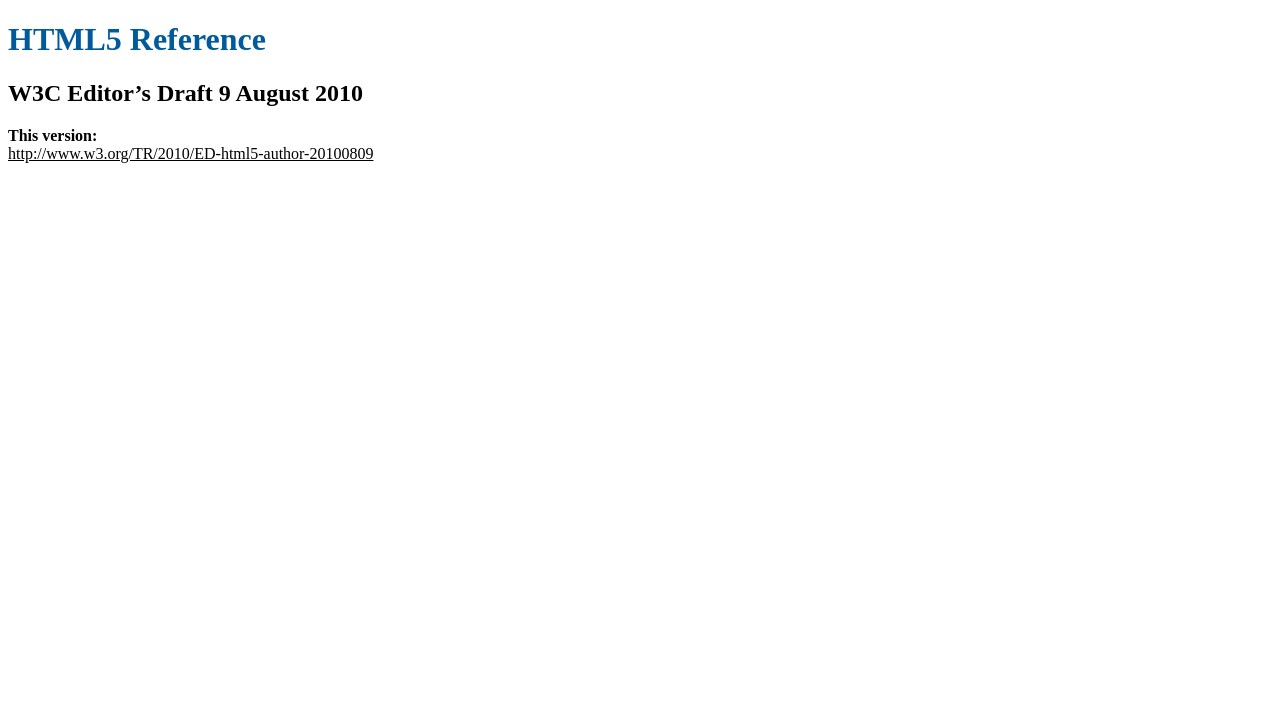
Repository: heoSuKyeong/client_Ssanyong
Page: ClientTest/src/main/webapp/html/q005.html
The author's editor kept a copy of each file at every save. The page is drawn from the files as they stood at one save, then again after the next save.
The browser window is 1280 px wide. The pictures show the whole page.

Above is the page before, as saved 2023-09-20 03:31:53.

### ClientTest/src/main/webapp/html/q005.html
<!DOCTYPE html>
<html>
<head>
<meta charset="UTF-8">
<title>Insert title here</title>
</head>
<body>

	<h1><font color="#005A9C">HTML5 Reference</font></h1>
	<h2>W3C Editor’s Draft 9 August 2010</h2>
	<b>This version:</b>
	<br>
	<u>http://www.w3.org/TR/2010/ED-html5-author-20100809</u>

</body>
</html>

After the next save:
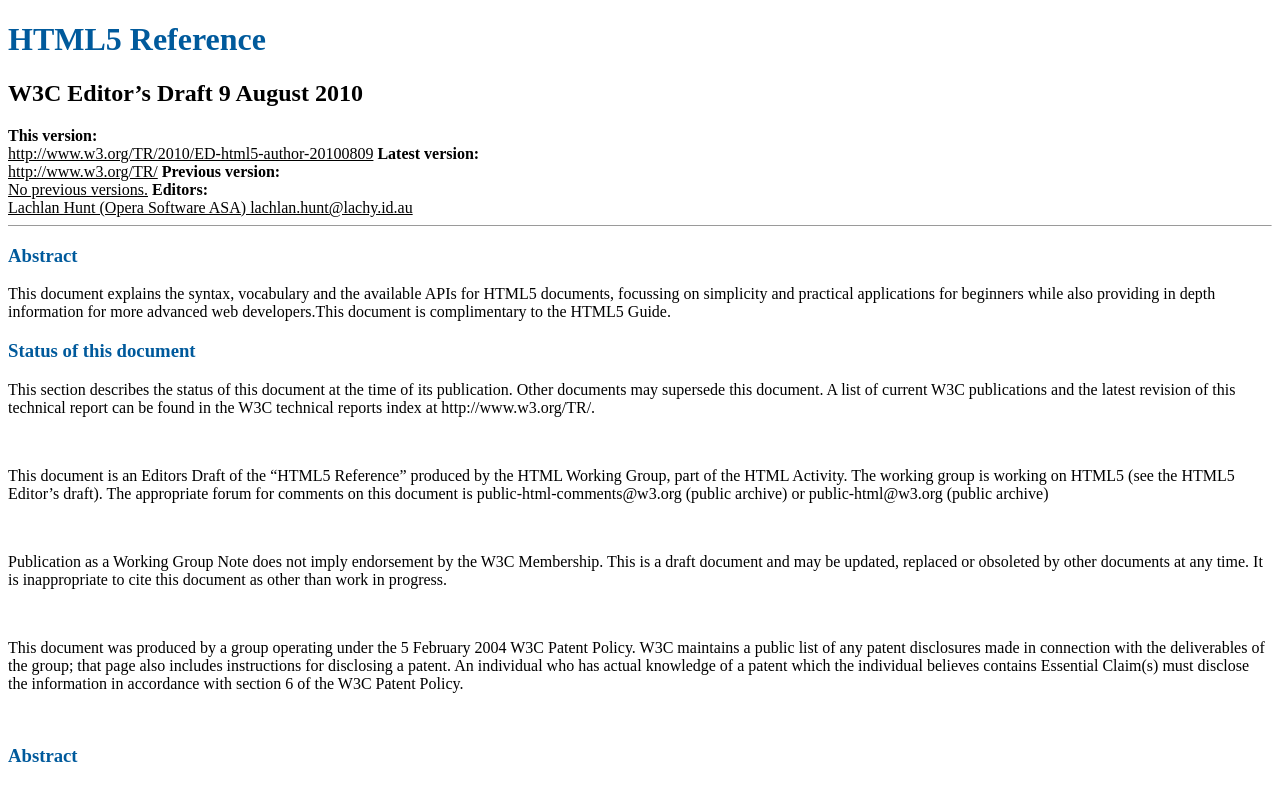
Saved 2 min 27 s later.
--- a/ClientTest/src/main/webapp/html/q005.html
+++ b/ClientTest/src/main/webapp/html/q005.html
@@ -12,5 +12,33 @@
 	<br>
 	<u>http://www.w3.org/TR/2010/ED-html5-author-20100809</u>
 
+	<b>Latest version:</b>
+	<br>
+	<u>http://www.w3.org/TR/</u>
+
+	<b>Previous version:</b>
+	<br>
+	<u>No previous versions.</u>
+
+	<b>Editors:</b>
+	<br>
+	<u>Lachlan Hunt (Opera Software ASA) lachlan.hunt@lachy.id.au</u>
+
+	<hr size="1">
+
+	<h3><font color="#005A9C">Abstract</font></h3>
+	<p>This document explains the syntax, vocabulary and the available APIs for HTML5 documents, focussing on simplicity and practical applications for beginners while also providing in depth information for more advanced web developers.This document is complimentary to the HTML5 Guide.</p>
+
+	<h3><font color="#005A9C">Status of this document</font></h3>
+	<p>This section describes the status of this document at the time of its publication. Other documents may supersede this document. A list of current W3C publications and the latest revision of this technical report can be found in the W3C technical reports index at http://www.w3.org/TR/.</p>
+	<br>
+	<p>This document is an Editors Draft of the “HTML5 Reference” produced by the HTML Working Group, part of the HTML Activity. The working group is working on HTML5 (see the HTML5 Editor’s draft). The appropriate forum for comments on this document is public-html-comments@w3.org (public archive) or public-html@w3.org (public archive)</p>
+	<br>
+	<p>Publication as a Working Group Note does not imply endorsement by the W3C Membership. This is a draft document and may be updated, replaced or obsoleted by other documents at any time. It is inappropriate to cite this document as other than work in progress.</p>
+	<br>
+	<p>This document was produced by a group operating under the 5 February 2004 W3C Patent Policy. W3C maintains a public list of any patent disclosures made in connection with the deliverables of the group; that page also includes instructions for disclosing a patent. An individual who has actual knowledge of a patent which the individual believes contains Essential Claim(s) must disclose the information in accordance with section 6 of the W3C Patent Policy.</p>
+	<br>
+	<h3><font color="#005A9C">Abstract</font></h3>
+	<p></p>
 </body>
 </html>
